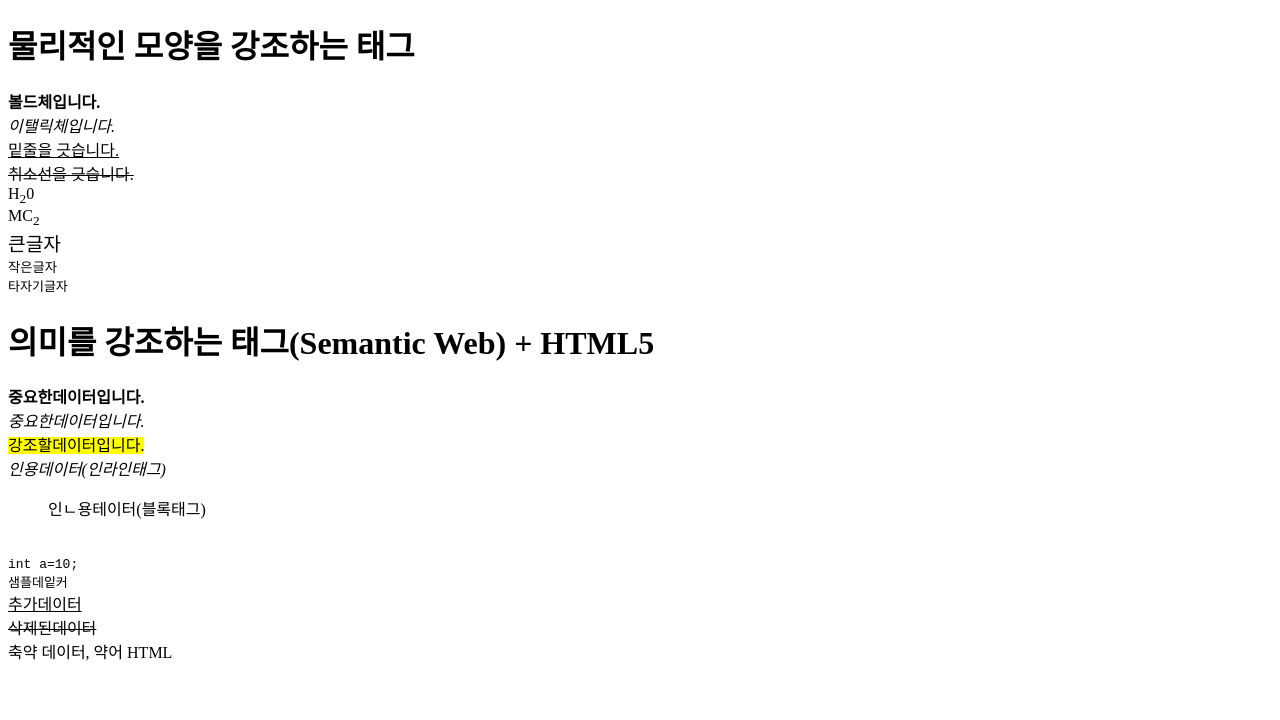
Repository: dnjs0/HCJ
Page: ClientTest/src/main/webapp/ex10_style.html
These files come from the project's save history. The page is drawn as it stood at one moment and after the next save; the edit follows.
The browser window is 1280 px wide. The pictures show the whole page.

Above is the page before, as saved 2025-02-11 02:37:12.

After the next save:
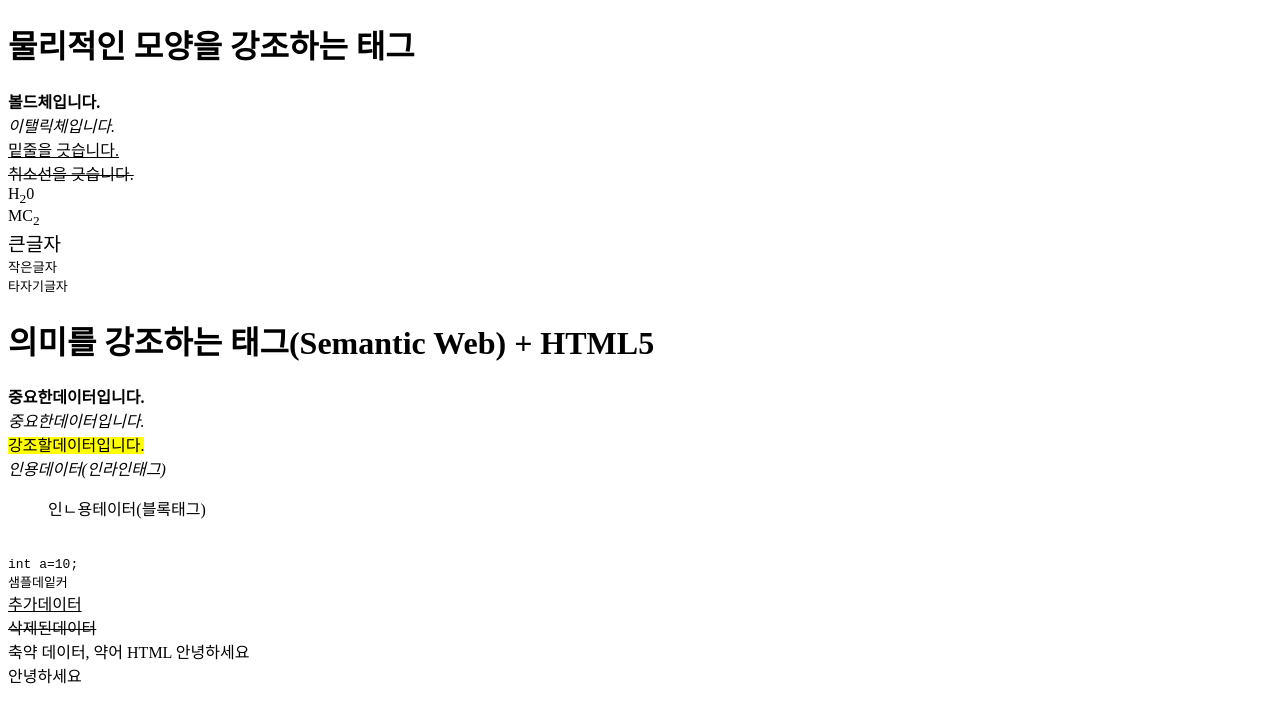
Saved 72 s later.
--- a/ClientTest/src/main/webapp/ex10_style.html
+++ b/ClientTest/src/main/webapp/ex10_style.html
@@ -31,5 +31,10 @@
      <abbr>축약 데이터, 약어</abbr>
      <abbr>HTML</abbr>
 
+
+     <!-- Bidirectional Override -->
+     <bdo>안녕하세요</bdo><br>
+     <bdo>안녕하세요</bdo><br>
+
 </body>
 </html>
